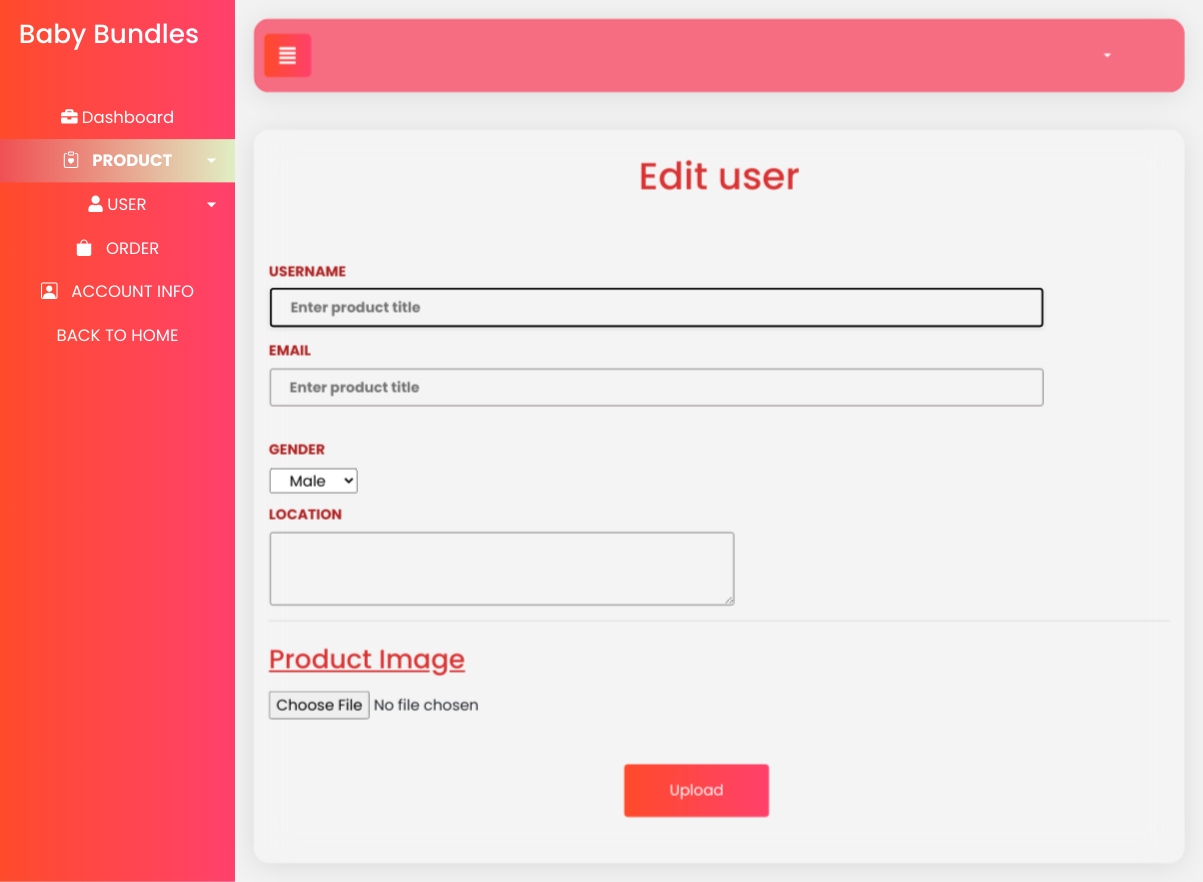
Repository: jiahow99/Baby-Bundles-University
Page: http://localhost/admin-edituser.php
The author's editor kept a copy of each file at every save. The page is drawn from the files as they stood at one save, then again after a run of saves.
The browser window is 1280 px wide. The pictures show the whole page, at 94% of full size.
Some web libraries are served in a nearby version. The page is run by PHP 8.4 with error messages shown; the project is at /var/www/html/.

Above is the page before, as saved 2022-11-25 01:02:06.

### admin-edituser.php
<!DOCTYPE html>
<html>

<head>
    <meta charset="utf-8">
    <meta name="viewport" content="width=device-width, initial-scale=1.0">
    <meta http-equiv="X-UA-Compatible" content="IE=edge">

    <title>Admin-Product</title>

    <!-- Bootstrap CSS CDN -->
    <link rel="stylesheet" href="https://stackpath.bootstrapcdn.com/bootstrap/4.1.0/css/bootstrap.min.css" integrity="sha384-9gVQ4dYFwwWSjIDZnLEWnxCjeSWFphJiwGPXr1jddIhOegiu1FwO5qRGvFXOdJZ4" crossorigin="anonymous">
    <!-- Our Custom CSS -->
    <link rel="stylesheet" href="css/admin.style.css">

    <!-- Font Awesome JS -->
    <script defer src="https://use.fontawesome.com/releases/v5.0.13/js/solid.js" integrity="sha384-tzzSw1/Vo+0N5UhStP3bvwWPq+uvzCMfrN1fEFe+xBmv1C/AtVX5K0uZtmcHitFZ" crossorigin="anonymous"></script>
    <script defer src="https://use.fontawesome.com/releases/v5.0.13/js/fontawesome.js" integrity="sha384-6OIrr52G08NpOFSZdxxz1xdNSndlD4vdcf/q2myIUVO0VsqaGHJsB0RaBE01VTOY" crossorigin="anonymous"></script>
    <!-- Bootstrap Icon -->
    <link rel="stylesheet" href="https://cdn.jsdelivr.net/npm/bootstrap-icons@1.3.0/font/bootstrap-icons.css">
    <!-- JQuery -->
    <script src="https://code.jquery.com/jquery-3.5.1.min.js"></script>
    <!-- Bootstrap Icon -->
    <link rel="stylesheet" href="https://cdn.jsdelivr.net/npm/bootstrap-icons@1.9.1/font/bootstrap-icons.css" integrity="sha384-xeJqLiuOvjUBq3iGOjvSQSIlwrpqjSHXpduPd6rQpuiM3f5/ijby8pCsnbu5S81n" crossorigin="anonymous">
    <!-- JavaScript Bundle with Popper -->
    <script src="https://cdn.jsdelivr.net/npm/bootstrap@5.2.3/dist/js/bootstrap.bundle.min.js" integrity="sha384-kenU1KFdBIe4zVF0s0G1M5b4hcpxyD9F7jL+jjXkk+Q2h455rYXK/7HAuoJl+0I4" crossorigin="anonymous"></script>
    <link href="http://cdnjs.cloudflare.com/ajax/libs/font-awesome/4.3.0/css/font-awesome.css" rel="stylesheet"  type='text/css'>


</head>

<body>

    <div class="wrapper">
        <!-- Sidebar  -->
        <?php require 'admin-sidebar.php' ?>

        <!-- Page Content  -->
        <div id="content" style="background-color:#F2F2F2">
            <?php require 'admin-topnavbar.php' ?>

            <form class="container glass" id="edit-product">
                <div class="row justify-content-center mt-4 mb-3">
                   <h1 style="color:#da3333">Edit user</h1>
                </div>
                <div class="row mt-5">
                    <label for="" class="name text-uppercase col-12">Username</label>
                    <input class="input--style-6 col-10 ml-3" type="text" name="title" placeholder="Enter product title" required autofocus>
                </div>

                <div class="row mb-4">
                    <label for="" class="name text-uppercase col-12">Email</label>
                    <input class="input--style-6 col-10 ml-3" type="text" name="title" placeholder="Enter product title" required autofocus>
                </div>

                <div class="row">
                    <label for="" class="name text-uppercase col-12">Gender</label>
                    <select class="ml-3 px-3" name="gender" id="gender">
                        <option value="male">Male</option>
                        <option value="female">Male</option>
                    </select>
                </div>

                <div class="row">
                    <label for="" class="name text-uppercase col-12">Location</label>
                    <textarea name="location" id="location" class="textarea--style-6 col-6 ml-3"></textarea>
                </div>


                <hr>

                <h3 style="color:#da3333;text-decoration: underline;" class="mb-3 mt-4">Product Image</h3>
                <input type="file" name="image" id="">

                <div class="row justify-content-center my-5 ">
                    <button class="btn btn-primary px-5 py-3 mr-5" type="submit">Upload</button>
                </div>

            </form>
    </div>

    <!-- Popper.JS -->
    <script src="https://cdnjs.cloudflare.com/ajax/libs/popper.js/1.14.0/umd/popper.min.js" integrity="sha384-cs/chFZiN24E4KMATLdqdvsezGxaGsi4hLGOzlXwp5UZB1LY//20VyM2taTB4QvJ" crossorigin="anonymous"></script>
    <!-- Bootstrap JS -->
    <script src="https://stackpath.bootstrapcdn.com/bootstrap/4.1.0/js/bootstrap.min.js" integrity="sha384-uefMccjFJAIv6A+rW+L4AHf99KvxDjWSu1z9VI8SKNVmz4sk7buKt/6v9KI65qnm" crossorigin="anonymous"></script>

    <script type="text/javascript">
        $(document).ready(function () {
            $('#sidebarCollapse').on('click', function () {
                $('#sidebar').toggleClass('active');
                $('#dashboardlabel').toggleClass('d-none');
                $('#userlabel').toggleClass('d-none');
                $('#productlabel').toggleClass('d-none');
                $('#orderlabel').toggleClass('d-none');
                $('#accountlabel').toggleClass('d-none');
                $('#logoutlabel').toggleClass('d-none');
            });
        });
    </script>
</body>

</html>

### admin-sidebar.php
<!-- Sidebar  -->
<nav id="sidebar">
    <div class="sidebar-header">
        <h3>Baby Bundles</h3>
        <strong>BS</strong>
    </div>

    <ul class="list-unstyled components">
        <!-- Dashboard -->
        <li id="sidebar-dashboard">
            <a href="admin-dashboard.php">
                <i class="fas fa-briefcase"></i>
                <span id="dashboardlabel">Dashboard</span>
            </a>
        </li>
        <!-- Product -->
        <li id="sidebar-product">
            <a href="#homeSubmenu" data-toggle="collapse" aria-expanded="false" class="dropdown-toggle">
                <i class="bi bi-clipboard-heart"></i>
                <span id="productlabel">PRODUCT</span>
            </a>
            <ul class="collapse list-unstyled" id="homeSubmenu">
                <li>
                    <a href="admin-addproduct.php">ADD PRODUCT</a>
                </li>
                <li>
                    <a href="admin-viewproduct.php">DELETE PRODUCT</a>
                </li>
                <li>
                    <a href="admin-viewproduct.php">VIEW ALL</a>
                </li>
            </ul>
        </li>
        <!-- User -->
        <li id="sidebar-user">
            <a href="#pageSubmenu" data-toggle="collapse" aria-expanded="false" class="dropdown-toggle">
            <i class="fas fa-solid fa-user"></i>
                <span id="userlabel">USER</span>
            </a>
            <ul class="collapse list-unstyled" id="pageSubmenu">
                <li>
                    <a href="admin-viewuser.php">DELETE USER</a>
                </li>
                <li>
                    <a href="admin-viewuser.php">VIEW USERS</a>
                </li>
            </ul>
        </li>
        <!-- Order -->
        <li id="sidebar-order">
            <a href="admin-vieworder.php">
            <i class="bi bi-bag-fill"></i>
                <span id="orderlabel">ORDER</span>
            </a>
        </li>
        <!-- Account Info -->
        <li>
            <a href="account-info.php">
                <i class="bi bi-person-square"></i>
                <span id="accountlabel">ACCOUNT INFO</span>
            </a>
        </li>
        <!-- Back to home -->
        <li>
            <a href="index.php">
                <span id="logoutlabel">BACK TO HOME</span>
            </a>
        </li>
    </ul>
</nav>

<script>

  // Add 'active' class to navigation
  function activeNav(id){
    var nav = document.getElementById(id);
    nav.classList.add('active');
  }

  var title = document.title;

  switch(title){
    case 'Admin-Product':
      activeNav('sidebar-product');
      break;
    case 'Admin-User':
      activeNav('sidebar-user');
      break;
    case 'Admin-Order':
      activeNav('sidebar-order');
      break;
    case 'Admin-Dashboard':
      activeNav('sidebar-dashboard');
      break;
  }
</script>

### admin-topnavbar.php
<nav class="navbar navbar-expand-lg navbar-light bg-admin">
    <div class="container-fluid pl-0">

        <button type="button" id="sidebarCollapse" class="btn-lg btn-primary">
            <i class="fas fa-align-justify"></i>
            <!-- <span>Toggle Sidebar</span> -->
        </button>
        <button class="btn btn-dark d-inline-block d-lg-none ml-auto" type="button" data-toggle="collapse" data-target="#navbarSupportedContent" aria-controls="navbarSupportedContent" aria-expanded="false" aria-label="Toggle navigation">
            <i class="fas fa-align-justify"></i>
        </button>

        <div class="collapse navbar-collapse" id="navbarSupportedContent">
            <ul class="nav navbar-nav ml-auto">
                <li class="nav-item dropdown mx-lg-3 col-2 col-lg-1" >
                    <a href="#" class="nav-link dropdown-toggle user-account text-white" id="userDropdownMenuLink" data-bs-toggle="dropdown" aria-haspopup="true" aria-expanded="false">
                    <?php
                    // Username
                    if(isset($_COOKIE['username'])){
                        echo $_COOKIE['username'];
                    }
                    ?>
                    </a>
                    <div class="dropdown-menu text-sm " aria-labelledby="userDropdownMenuLink">
                        <a href="account-info.php" class="dropdown-item">Account</a>
                        <a href="index.php" class="dropdown-item">Back to home</a>
                        <a href="logout.php" class="dropdown-item">Logout</a>
                    </div>
                </li>
            </ul>
        </div>
    </div>
</nav>

### css/admin.style.css
/*
    DEMO STYLE
*/

@import "https://fonts.googleapis.com/css?family=Poppins:300,400,500,600,700";

body {
    font-family: 'Poppins', sans-serif;
    background: #fafafa;
}

p {
    font-family: 'Poppins', sans-serif;
    font-size: 1.1em;
    font-weight: 300;
    line-height: 1.7em;
    color: #999;
}

a,
a:hover,
a:focus {
    color: inherit;
    text-decoration: none;
    transition: all 0.3s;
}

.navbar {
    padding: 15px 10px;
    background: #fff;
    border: none;
    border-radius: 0;
    margin-bottom: 40px;
    box-shadow: 1px 1px 3px rgba(0, 0, 0, 0.1);
}

.navbar-btn {
    box-shadow: none;
    outline: none !important;
    border: none;
}

.line {
    width: 100%;
    height: 1px;
    border-bottom: 1px dashed #ddd;
    margin: 40px 0;
}

i,
span {
    display: inline-block;
}

/* ---------------------------------------------------
    SIDEBAR STYLE
----------------------------------------------------- */

.wrapper {
    display: flex;
    align-items: stretch;
}

#sidebar {
    min-width: 250px;
    max-width: 250px;
    background: #FF416C;  /* fallback for old browsers */
    background: -webkit-linear-gradient(to right, #FF4B2B, #FF416C);  /* Chrome 10-25, Safari 5.1-6 */
    background: linear-gradient(to right, #FF4B2B, #FF416C); /* W3C, IE 10+/ Edge, Firefox 16+, Chrome 26+, Opera 12+, Safari 7+ */
    color: #fff;
    transition: all 0.3s;
}

#sidebar.active {
    min-width: 80px;
    max-width: 80px;
    text-align: center;
}

#sidebar.active .sidebar-header h3,
#sidebar.active .CTAs {
    display: none;
}

#sidebar.active .sidebar-header strong {
    display: block;
}

#sidebar ul li a {
    text-align: left;
}

#sidebar.active ul li a {
    padding: 20px 10px;
    text-align: center;
    font-size: 0.85em;
}

#sidebar.active ul li a i {
    margin-right: 0;
    display: block;
    font-size: 1.8em;
    margin-bottom: 5px;
}

#sidebar.active ul ul a {
    padding: 10px !important;
}

#sidebar.active .dropdown-toggle::after {
    top: auto;
    bottom: 10px;
    right: 50%;
    -webkit-transform: translateX(50%);
    -ms-transform: translateX(50%);
    transform: translateX(50%);
}

#sidebar .sidebar-header {
    padding: 20px;
    background: #FF416C;  /* fallback for old browsers */
    background: -webkit-linear-gradient(to right, #FF4B2B, #FF416C);  /* Chrome 10-25, Safari 5.1-6 */
    background: linear-gradient(to right, #FF4B2B, #FF416C); /* W3C, IE 10+/ Edge, Firefox 16+, Chrome 26+, Opera 12+, Safari 7+ */
}

#sidebar .sidebar-header strong {
    display: none;
    font-size: 1.8em;
}

#sidebar ul.components {
    padding: 20px 0;
}

#sidebar ul li a {
    padding: 10px;
    font-size: 1.1em;
    display: block;
    text-align: center;
}

#sidebar ul li a:hover {
    color: #dc1522;
    background: #fff;
    font-weight: bolder;
}

#sidebar ul li a i {
    margin-right: 10px;
}

#sidebar ul li.active>a,
a[aria-expanded="true"] {
    color: #fff;
    background: #e1eec3;  /* fallback for old browsers */
    background: -webkit-linear-gradient(to right, #f05053, #e1eec3);  /* Chrome 10-25, Safari 5.1-6 */
    background: linear-gradient(to right, #f05053, #e1eec3); /* W3C, IE 10+/ Edge, Firefox 16+, Chrome 26+, Opera 12+, Safari 7+ */
    font-weight: bolder;
}

a[data-toggle="collapse"] {
    position: relative;
}

.dropdown-toggle::after {
    display: block;
    position: absolute;
    top: 50%;
    right: 20px;
    transform: translateY(-50%);
}

ul ul a {
    font-size: 0.9em !important;
    padding-left: 30px !important;
    background: #6d7fcc;
}

ul.CTAs {
    padding: 20px;
}

ul.CTAs a {
    text-align: center;
    font-size: 0.9em !important;
    display: block;
    border-radius: 5px;
    margin-bottom: 5px;
}

a.download {
    background: #fff;
    color: #7386D5;
}

a.article,
a.article:hover {
    background: #6d7fcc !important;
    color: #fff !important;
}

/* ---------------------------------------------------
    CONTENT STYLE
----------------------------------------------------- */

#content {
    width: 100%;
    padding: 20px;
    min-height: 100vh;
    transition: all 0.3s;
}

/* ---------------------------------------------------
    MEDIAQUERIES
----------------------------------------------------- */

@media (max-width: 768px) {
    #sidebar {
        min-width: 80px;
        max-width: 80px;
        text-align: center;
        margin-left: -80px !important;
    }
    .dropdown-toggle::after {
        top: auto;
        bottom: 10px;
        right: 50%;
        -webkit-transform: translateX(50%);
        -ms-transform: translateX(50%);
        transform: translateX(50%);
    }
    #sidebar.active {
        margin-left: 0 !important;
    }
    #sidebar .sidebar-header h3,
    #sidebar .CTAs {
        display: none;
    }
    #sidebar .sidebar-header strong {
        display: block;
    }
    #sidebar ul li a {
        padding: 20px 10px;
    }
    #sidebar ul li a span {
        font-size: 0.85em;
    }
    #sidebar ul li a i {
        margin-right: 0;
        display: block;
    }
    #sidebar ul ul a {
        padding: 10px !important;
    }
    #sidebar ul li a i {
        font-size: 1.3em;
    }
    #sidebar {
        margin-left: 0;
    }
    #sidebarCollapse span {
        display: none;
    }
}

#homeSubmenu li a,#pageSubmenu li a{
    background: #ED213A;  /* fallback for old browsers */
    background: -webkit-linear-gradient(to right, #93291E, #ED213A);  /* Chrome 10-25, Safari 5.1-6 */
    background: linear-gradient(to right, #93291E, #ED213A); /* W3C, IE 10+/ Edge, Firefox 16+, Chrome 26+, Opera 12+, Safari 7+ */



}

.btn-primary{
    background: #ffffff;  /* fallback for old browsers */
    background: -webkit-linear-gradient(to right, #FF4B2B, #FF416C);  /* Chrome 10-25, Safari 5.1-6 */
    background: linear-gradient(to right, #FF4B2B, #FF416C); /* W3C, IE 10+/ Edge, Firefox 16+, Chrome 26+, Opera 12+, Safari 7+ */
    border: 0;
    cursor: pointer;
}

.glass{
/* From https://css.glass */
background: rgba(255, 255, 255, 0.18);
border-radius: 16px;
box-shadow: 0 4px 30px rgba(0, 0, 0, 0.1);
backdrop-filter: blur(20px);
-webkit-backdrop-filter: blur(20px);
border: 1px solid rgba(255, 255, 255, 0.13);
}

.input--style-6, .textarea--style-6 {
    background: transparent;
    line-height: 38px;
    border: 1px solid #7b7676;
    -webkit-border-radius: 3px;
    -moz-border-radius: 3px;
    border-radius: 3px;
    color: #666;
    font-size: 15px;
    font-weight: bold;
    -webkit-transition: all 0.4s ease;
    -o-transition: all 0.4s ease;
    -moz-transition: all 0.4s ease;
    transition: all 0.4s ease;
    padding: 0 20px;
}

.input--style-6:focus,
.textarea--style-6:focus {
  -webkit-box-shadow: 0px 1px 5px 0px rgba(0, 0, 0, 0.15);
  -moz-box-shadow: 0px 1px 5px 0px rgba(0, 0, 0, 0.15);
  box-shadow: 0px 1px 5px 0px rgba(0, 0, 0, 0.15);
  -webkit-transform: translateY(-3px);
  -moz-transform: translateY(-3px);
  -ms-transform: translateY(-3px);
  -o-transform: translateY(-3px);
  transform: translateY(-3px);
  border: 2px solid #7b7676;

}

.name{
    width: 188px;
  color: rgb(175, 33, 33);
  font-size: 15px;
  font-weight: 700;
  margin-top: 11px;
  font-family: "Poppins", sans-serif;
}

.form-check {
    display: block;
    min-height: 1.5rem;
    padding-left: 1.5em;
    margin-bottom: 0.125rem;
}

.form-check .form-check-input {
float: left;
margin-left: -1.5em;
}

.form-check-input {
width: 1em;
height: 1em;
margin-top: 0.25em;
vertical-align: top;
background-color: #fff;
background-repeat: no-repeat;
background-position: center;
background-size: contain;
border: 1px solid rgba(0, 0, 0, 0.25);
-webkit-appearance: none;
-moz-appearance: none;
appearance: none;
-webkit-print-color-adjust: exact;
color-adjust: exact;
}

.form-check-input[type="checkbox"] {
border-radius: 0.25em;
}

.form-check-input[type="radio"] {
border-radius: 50%;
}

.form-check-input:active {
filter: brightness(90%);
}

.form-check-input:focus {
border-color: #ed9999;
outline: 0;
box-shadow: 0 0 0 0.25rem rgba(218, 51, 51, 0.25);
}

.form-check-input:checked {
background-color: #da3333;
border-color: #da3333;
}

.form-check-input:checked[type="checkbox"] {
background-image: url("data:[embedded picture, 214 characters]");
}

.form-check-input:checked[type="radio"] {
background-image: url("data:[embedded picture, 126 characters]");
}

.form-check-input[type="checkbox"]:indeterminate {
background-color: #da3333;
border-color: #da3333;
background-image: url("data:[embedded picture, 208 characters]");
}

.form-check-input:disabled {
pointer-events: none;
filter: none;
opacity: 0.5;
}

.form-check-input[disabled] ~ .form-check-label, .form-check-input:disabled ~ .form-check-label {
opacity: 0.5;
}

.form-switch {
padding-left: 2.5em;
}

.form-switch .form-check-input {
width: 2em;
margin-left: -2.5em;
background-image: url("data:[embedded picture, 143 characters]");
background-position: left center;
border-radius: 2em;
transition: background-position 0.15s ease-in-out;
}

.user{
    color: black;
    font-weight: bold;
}

.user-row{
    border: 1px solid black;
}

.bg-admin{
/* From https://css.glass */
background: rgba(248, 40, 70, 0.66);
border-radius: 16px;
box-shadow: 0 4px 30px rgba(0, 0, 0, 0.1);
backdrop-filter: blur(6.9px);
-webkit-backdrop-filter: blur(6.9px);
border: 1px solid rgba(248, 40, 70, 0.3);
}

After the next 2 saves:
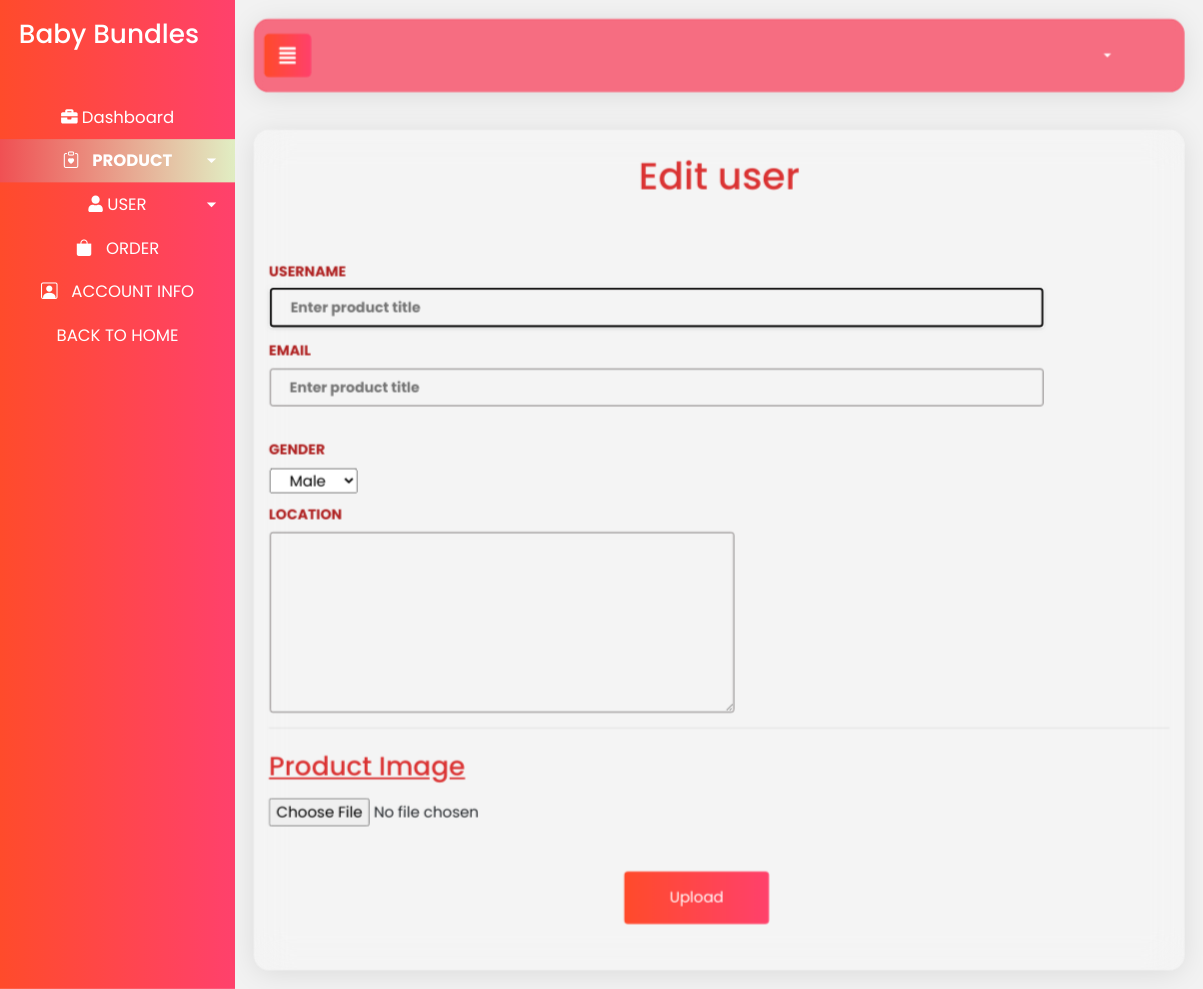
The 2 saves are shown as one change because they came seconds apart.
The last was saved 12 s later.
--- a/admin-edituser.php
+++ b/admin-edituser.php
@@ -63,7 +63,7 @@
 
                 <div class="row">
                     <label for="" class="name text-uppercase col-12">Location</label>
-                    <textarea name="location" id="location" class="textarea--style-6 col-6 ml-3"></textarea>
+                    <textarea name="location" id="location" class="textarea--style-6 col-6 ml-3" rows="5"></textarea>
                 </div>
 
 
